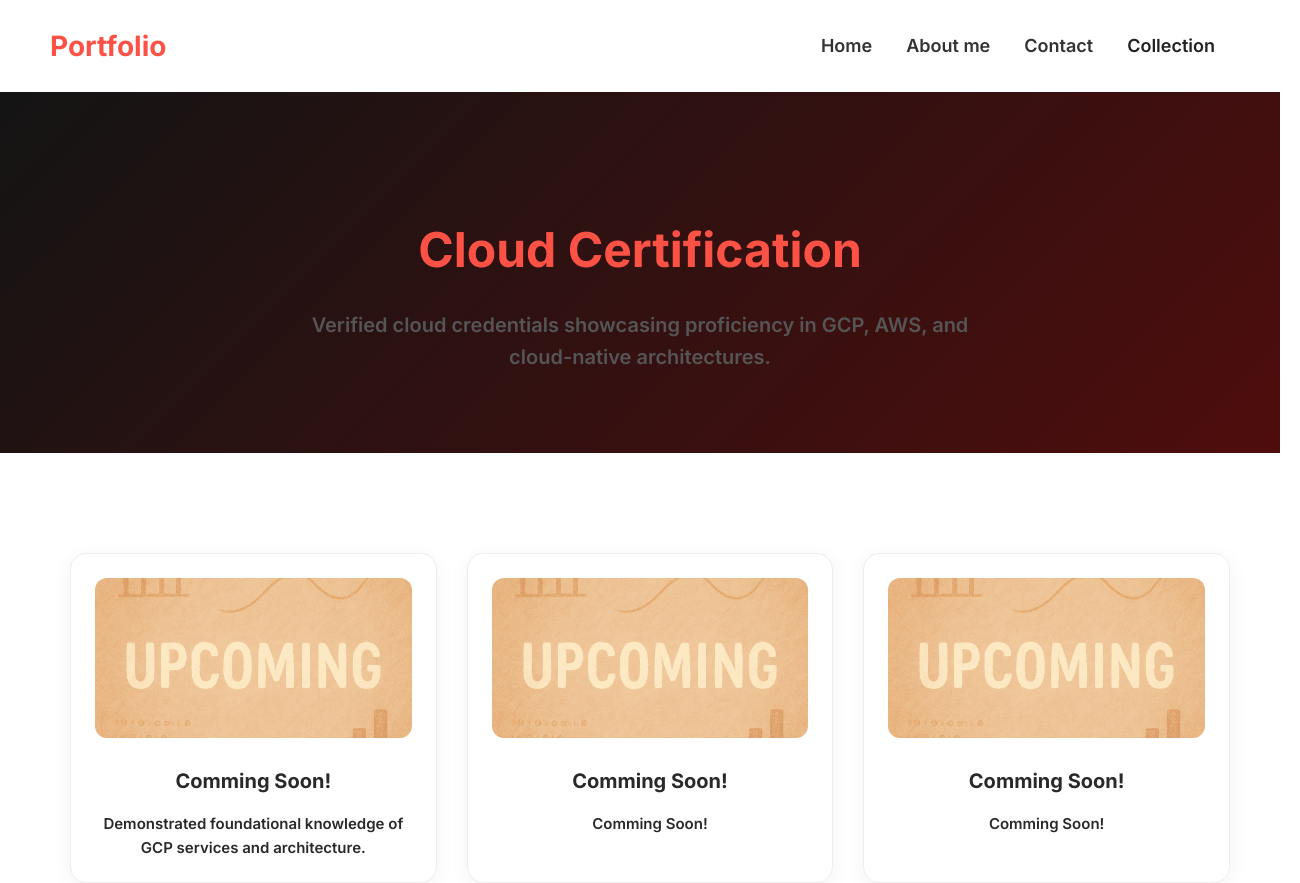
Repository: Wipas1919/Archive-portfolio
Page: projects/cloud-cert.html
These files come from the project's save history. The page is drawn as it stood at one moment and after the next save; the edit follows.
The browser window is 1280 px wide. The page is 1300 px wide, so the pictures cover 1300 px, including what lies to the right of the window. The pictures show the whole page.

Above is the page before, as saved 2025-06-01 21:01:15.

### projects/cloud-cert.html
<!-- Cleaned and updated on 2025-05-25 -->
<!DOCTYPE html>
<html lang="en">
<head>
  <meta charset="UTF-8" />
  <meta name="viewport" content="width=device-width, initial-scale=1.0"/>
  <title>Cloud Certification | Portfolio</title>
  <link href="https://fonts.googleapis.com/css2?family=Inter:wght@600;700&display=swap" rel="stylesheet">
  <link rel="stylesheet" href="../style/main.css">
  <style>
    body { font-family: 'Inter', sans-serif; }
    .cover {
      background: linear-gradient(135deg, #141414, #4f0d0d);
      padding: 80px 20px;
      text-align: center;
    }
    .cover h1 {
      font-size: 48px;
      color: #fc5246;
      margin-bottom: 20px;
    }
    .cover p {
      font-size: 20px;
      color: #555;
      max-width: 700px;
      margin: 0 auto;
    }
    .project-cards h3 {
      text-align: center;
      font-size: 28px;
      margin-top: 60px;
      margin-bottom: 30px;
    }
    .card-grid {
      display: grid;
      grid-template-columns: repeat(auto-fit, minmax(280px, 1fr));
      gap: 30px;
      padding: 0 20px;
    }
    .card {
      display: block;
      background: #fff;
      border-radius: 16px;
      box-shadow: 0 4px 20px rgba(0, 0, 0, 0.05);
      padding: 24px;
      text-align: center;
      transition: transform 0.3s;
      text-decoration: none !important;
      color: inherit !important;
      cursor: pointer;
    }
    .card:hover {
      transform: translateY(-5px);
    }
    .card img {
      width: 100%;
      height: 160px;
      object-fit: cover;
      border-radius: 12px;
      margin-bottom: 16px;
    }
    .card h4 {
      font-size: 20px;
      margin-bottom: 8px;
      color: #222;
    }
    .card p {
      color: #666;
      font-size: 15px;
    }
    .card:visited,
    .card:hover,
    .card:focus,
    .card:active,
    .card *,
    .card *:visited,
    .card *:hover,
    .card *:focus,
    .card *:active {
      color: inherit !important;
      text-decoration: none !important;
    }
    .dropdown-wrapper { position: relative; display: inline-block; }
    .dropbtn {
      font-weight: 600;
      cursor: pointer;
      color: #222;
      text-decoration: none;
      margin-left: 15px;
    }
    .dropdown-content {
      display: none;
      position: absolute;
      top: 100%;
      right: 0;
      background-color: #ffffff;
      min-width: 220px;
      border-radius: 12px;
      box-shadow: 0 10px 25px rgba(0, 0, 0, 0.08);
      overflow: hidden;
      padding: 10px 0;
      z-index: 999;
    }
    .dropdown-wrapper:hover .dropdown-content { display: block; }
    .dropdown-content a {
      display: block;
      padding: 12px 20px;
      color: #222;
      text-decoration: none;
      font-size: 15px;
      transition: background-color 0.2s ease, color 0.2s ease;
    }
    .dropdown-content a:hover {
      background-color: #eaeaea;
      color: #fd3a2d;
    }
  </style>
</head>
<body>
  <div id="page-loader"><div class="spinner"></div></div>

  <header>
    <div class="container">
      <h1 class="logo" style="font-family: 'Inter', sans-serif; font-weight: 700; font-size: 28px; color: #fc5246;">Portfolio</h1>
      <nav class="nav-right">
        <a href="../index.html">Home</a>
        <a href="../index.html#about">About me</a>
        <a href="../index.html#contact">Contact</a>
        <div class="dropdown-wrapper">
          <a href="#" class="dropbtn">Collection</a>
          <div class="dropdown-content">
            <a href="data-engineer.html">Data Engineer</a>
            <a href="business-analysis.html">Business Analysis</a>
            <a href="bi-solutions.html">Business Intelligent</a>
            <a href="strategic-data.html">Data-Driven</a>
            <a href="cloud-cert.html">Certification</a>
            <a href="data-integration.html">Data Product</a>
          </div>
        </div>
      </nav>
    </div>
  </header>

  <!-- Cover -->
  <section class="cover">
    <h1>Cloud Certification</h1>
    <p>Verified cloud credentials showcasing proficiency in GCP, AWS, and cloud-native architectures.</p>
  </section>

  <!-- Project Cards -->
  <section class="project-cards container" id="project-cards">
    <div class="card-grid" id="card-container"></div>
  </section>

  <script>
    const cardsContainer = document.getElementById("card-container");
    const projectId = "cloud-cert";

    fetch("../data/projects.json")
      .then(res => res.json())
      .then(data => {
        const p = data[projectId];
        if (!p || !p.projects?.length) {
          cardsContainer.innerHTML = "<p>No certifications found.</p>";
          return;
        }
        cardsContainer.innerHTML = p.projects.map(proj => `
          <a href="project.html?id=${proj.slug}" class="card">
            <img src="${proj.image}" alt="${proj.title}" />
            <h4>${proj.title}</h4>
            <p>${proj.description}</p>
          </a>
        `).join("");
      })
      .catch(err => {
        cardsContainer.innerHTML = "<p>Error loading data.</p>";
        console.error(err);
      });
  </script>
</body>
</html>

### style/main.css
/* ตั้งค่าพื้นฐาน */
body {
  margin: 0;
  font-family: 'Poppins', sans-serif;
  background: #ffffff;
  color: #292929;
  line-height: 1.6;
  scroll-behavior: smooth;
  user-select: none;
  -webkit-user-select: none;
  -ms-user-select: none;
}

img {
  max-width: 100%;
  height: auto;
  display: block;
}

.container {
  width: 100%;
  max-width: 1200px;
  margin: 0 auto;
  padding: 0 50px; /* เพิ่ม padding ด้านข้าง */
}

@media screen and (max-width: 767px) {
  .container { padding: 0 16px; }
  .hero h2 { font-size: 36px; }
  .hero p { font-size: 18px; }
  .card-grid { grid-template-columns: 1fr; }
  nav a { font-size: 14px; }
  .hero-content { flex-direction: column; }
  .about-image img { width: 100%; }
}

@media screen and (min-width: 768px) and (max-width: 1024px) {
  .hero h2 { font-size: 48px; }
  .card-grid { grid-template-columns: repeat(2, 1fr); }
}

@media screen and (max-width: 480px) {
  h2, .section-title { font-size: 28px; }
  .hero h2 { font-size: 28px; }
  .hero p, .section-description, .about-text p, .card p { font-size: 16px; }
  .btn { padding: 10px 20px; font-size: 16px; }
}

/* Navbar */
header {
  background: #fff;
  padding: 5px 0;
  display: flex;
  justify-content: space-between;
  align-items: center;
  border-bottom: 0px solid #eee;
  position: sticky;
  top: 0;
  z-index: 100;
}

header .container {
  display: flex;
  align-items: center;
  justify-content: space-between;
}

.logo {
  font-family: 'Poppins', serif;
  font-size: 30px;
  color: #fc5246;
}

nav a {
  margin: 0 15px;
  color: #333;
  text-decoration: none;
  font-weight: 600;
  font-size: 18px;
}

nav a:hover {
  color: #fd3a2d;
}

/* ปุ่มหลักของเมนู dropdown */
.dropdown-wrapper {
  position: relative;
  display: inline-block;
}

.dropbtn {
  font-weight: 600;
  cursor: pointer;
  color: #222;
  transition: color 0.3s ease;
}

.dropbtn:hover {
  color: #fd3a2d;
}

/* เมนูที่แสดงเมื่อ hover */
.dropdown-content {
  display: none;
  position: absolute;
  top: 100%;
  right: 0;
  background-color: #ffffff;
  min-width: 220px;
  border-radius: 12px;
  box-shadow: 0 10px 25px rgba(0, 0, 0, 0.08);
  overflow: hidden;
  padding: 10px 0;
  z-index: 999;
}

/* แสดงเมื่อ hover */
.dropdown-wrapper:hover .dropdown-content {
  display: block;
}

/* ลิงก์ใน dropdown */
.dropdown-content a {
  display: block;
  padding: 12px 20px;
  color: #222;
  text-decoration: none;
  font-size: 15px;
  transition: background-color 0.2s ease, color 0.2s ease;
}

/* Hover effect ของลิงก์ */
.dropdown-content a:hover {
  background-color: #eaeaea;
  color: #fd3a2d;
}

.hero-animation {
  margin-top: 10px;
  display: flex;
  justify-content: right;
}

/* Hero Section */
.hero {
  position: relative;
  height: 60vh;
  display: flex;
  align-items: center;
  justify-content: center;
  flex-direction: column;
  text-align: center;
  background: #151515;
  color: #ededed;
}

#hero-background {
  position: absolute;
  top: 0;
  left: 0;
  width: 100%;
  height: 100%;
  z-index: 0;
}

.hero-content {
  position: relative;
  z-index: 1;
  width: 100%;
  max-width: 1200px;
  padding-left: 5vw;
  padding-right: 5vw;
  text-align: left;
  align-items: flex-start;
}

.hero h2 {
  font-size: 60px;
  margin-bottom: 10px;
  line-height: 1.2;
  color: #ffffff;
}

.hero p {
  font-size: 30px;
  margin-bottom: 30px;
  color: #ffffff;
}

.btn, .hero .btn {
  display: inline-block;
  background: #fd3a2d;
  color: #fff;
  padding: 14px 36px;
  border-radius: 30px;
  text-decoration: none;
  font-weight: bold;
  font-size: 18px;
  transition: background 0.3s;
}

.btn:hover, .hero .btn:hover {
  background: #252525;
}

/* Sections */
section {
  padding: 100px 0;
  text-align: center;
}

/* About Section */
.about-grid {
  display: flex;
  align-items: center;
  justify-content: center;
  gap: 50px;
  flex-wrap: wrap;
}

.about-image img {
  width: 500px;
  height: auto;
  object-fit: cover;
  border-top-left-radius: 0;
  border-top-right-radius: 0;
  border-bottom-left-radius: 200px;
  border-bottom-right-radius: 200px;
}

.about-text {
  max-width: 500px;
  text-align: left;
}

.about-text h2 {
  margin-bottom: 20px;
}

.about-text p {
  font-size: 18px;
  color: #666;
}

/* Timeline */
.timeline-item {
  position: relative;
  margin-bottom: 30px;
}

.timeline-dot {
  width: 14px;
  height: 14px;
  background-color: #fd3a2d;
  border-radius: 50%;
  position: absolute;
  left: -8px;
  top: 0;
}

.timeline-content {
  margin-left: 20px;
}

.timeline-content h4 {
  margin: 0;
  font-size: 18px;
  color: #333;
  font-weight: 600;
}

.timeline-content p {
  margin: 5px 0 0;
  font-size: 16px;
  color: #666;
}

/* Projects Section */
#projects {
  margin-bottom: 10px;
}

.card-grid {
  display: grid;
  grid-template-columns: repeat(3, 1fr); /* สำคัญ: 3 คอลัมน์ */
  gap: 20px;
  margin-top: 100px;
}


.card {
  background: #ffffff;
  padding: 30px;
  border-radius: 12px;
  max-height: 280px;
  text-align: center;
  transition: box-shadow 0.3s;
  border: 1px solid #eee;
}

.card:hover {
  box-shadow: 0 8px 20px rgba(0, 0, 0, 0.1);
}

.card-icon img {
  width: 40px;
  height: 40px;
  margin-bottom: 20px;
}

.card h3 {
  font-size: 18px;
  margin-bottom: 15px;
  color: #333;
}

.card p {
  font-size: 16px;
  color: #666;
}

/* Contact Section */
.contact {
  background: rgba(255, 255, 255, 0.5); /* 1 = โปร่งแสง 50% */
  text-align: center;
}

.section-subtitle {
  text-transform: uppercase;
  font-size: 18px;
  letter-spacing: 1.5px;
  color: #4e4e4e;
  margin-bottom: 10px;
}

h2 {
  font-size: 36px;
  color: #292929
}


.section-title {
  font-size: 36px;
  margin-bottom: 10px;
  color: #2e2e2e;
}

.section-description {
  font-size: 18px;
  margin-bottom: 40px;
  color: #4e4e4e;
}

.contact-grid {
  display: grid;
  grid-template-columns: repeat(auto-fit, minmax(280px, 1fr));
  gap: 20px;
  margin-top: 40px;
}

.contact-card.glass {
  background: rgba(255, 255, 255, 0.15);
  backdrop-filter: blur(12px);
  -webkit-backdrop-filter: blur(12px);
  border-radius: 20px;
  padding: 24px;
  border: 1px solid rgba(255, 255, 255, 0.3);
  box-shadow: 0 8px 32px rgba(0, 0, 0, 0.1);
  transition: transform 0.3s ease, box-shadow 0.3s ease;
  text-align: center;
}

.contact-card.glass:hover {
  transform: scale(1.05);
  box-shadow: 0 12px 28px rgba(0, 0, 0, 0.15);
}

.contact-icon {
  display: flex;
  flex-direction: column;
  align-items: center;
  justify-content: center; /* 🔥 เพิ่มบรรทัดนี้เพื่อจัดไอคอนแนวดิ่ง */
  height: 100px; /* ✅ ปรับความสูงให้เหมาะสม */
  margin-bottom: 12px;
}


.contact-icon img {
  width: 48px;
  height: 48px;
  margin-bottom: 12px;
  transition: transform 0.3s ease;
}

.contact-card.glass:hover .contact-icon img {
  transform: scale(1.15);
}

/* Footer */
footer {
  background: #f5f5f5;
  padding: 20px 0;
  font-size: 14px;
  color: #4d4d4d;
}

.footer-container {
  display: flex;
  justify-content: space-between;
  align-items: center;
  flex-wrap: wrap;
}

.social-links {
  display: flex;
  gap: 20px;
}

.social-links a img {
  width: 30px;
  height: 30px;
  transition: transform 0.3s ease;
}

.social-links a img:hover {
  transform: scale(1.2);
}

#hero-background {
  position: absolute;
  top: 0;
  left: 0;
  height: 100%;
  width: 100%;
  z-index: 0;
  overflow: hidden;
}
.hero-content {
  position: relative;
  z-index: 1;
}

/* animation-data */
.hero-content {
  display: flex;
  justify-content: space-between;
  align-items: center;
  flex-wrap: wrap;
  gap: 40px;
}

.hero-text {
  flex: 1 1 55%;
}

.hero-animation {
  flex: 1 1 40%;
  display: flex;
  justify-content: center;
  align-items: center;
}

/* ===== Page Loader & Smooth Scroll ===== */
html{scroll-behavior:smooth;}

#page-loader{
  position:fixed;inset:0;display:grid;place-items:center;
  background:#ffffff;z-index:9999;opacity:1;
  transition:opacity .0.5s ease;
}
#page-loader .spinner{
  width:32px;height:32px;border:4px solid #e5e5e5;
  border-top-color:#ff694b;border-radius:50%;
  animation:spin .8s linear infinite;
}
@keyframes spin{to{transform:rotate(360deg)}}

body.loaded #page-loader{opacity:0;pointer-events:none;}
body.fade-out{opacity:0;transition:opacity .0.5s ease;}

@keyframes hideLoaderFallback{to{opacity:0;pointer-events:none;}}
#page-loader{animation:hideLoaderFallback 0.5s forwards 0.5s;}



/* ====  Reusable Card Component  ================================== */
.card {
  background: #ffffff;
  border: 1px solid #eee;
  border-radius: 12px;
  padding: 24px;
  text-align: center;
  box-shadow: 0 4px 12px rgba(0,0,0,.05);
  transition: transform .3s ease, box-shadow .3s ease;
}
.card:hover {
  transform: translateY(-6px);
  box-shadow: 0 12px 25px rgba(0,0,0,.1);
}

.card__icon{
  display:flex;
  flex-direction:column;
  align-items:center;
  justify-content:center;
  height:100px;
  margin-bottom:12px;
}
.card__icon img{
  width:48px;
  height:48px;
  transition: transform .3s ease;
}
.card:hover .card__icon img{
  transform:scale(1.15);
}

/* Variant – project card (clickable) */
.card--project{cursor:pointer;}

/* Variant – glassmorphism contact card */
.card--glass{
  background: rgba(255,255,255,.15);
  backdrop-filter: blur(12px);
  -webkit-backdrop-filter: blur(12px);
  border: 1px solid rgba(255,255,255,.3);
  box-shadow: 0 8px 32px rgba(0,0,0,.1);
}

/* Grids */

.card-grid--contact{
  display:grid;
  grid-template-columns: repeat(auto-fit,minmax(280px,1fr));
  gap:20px;
  margin-top:40px;
}

/* Remove legacy duplicate styles */
.contact-card, .contact-card.glass, .glass-card{
}/* project */

.project-blog {
  max-width: 800px;
  margin: 80px auto;
  padding: 0 20px;
  font-family: 'Inter', sans-serif;
}

.project-blog h1 {
  font-size: 36px;
  font-weight: 700;
  margin-bottom: 20px;
  text-align: center;
  color: #222;
}

.project-blog .tag {
  display: inline-block;
  background: #eeeeee;
  color: #333;
  padding: 6px 12px;
  margin: 0 8px 20px 0;
  border-radius: 20px;
  font-size: 14px;
}

.project-blog p {
  font-size: 18px;
  color: #444;
  line-height: 1.7;
  margin-bottom: 24px;
}

.project-blog img {
  width: 100%;
  border-radius: 10px;
  margin: 30px 0;
  box-shadow: 0 8px 30px rgba(0,0,0,0.08);
}

/* button */
.back-float-btn {
  position: fixed;
  bottom: 30px;
  left: 50%;
  transform: translateX(-50%);
  background-color: #fc5246;
  color: white;
  padding: 10px 24px;
  font-size: 14px;
  border-radius: 30px;
  box-shadow: 0 4px 16px rgba(0, 0, 0, 0.1);
  cursor: pointer;
  z-index: 9999;
  text-align: center;
  font-family: 'Inter', sans-serif;
  transition: background 0.3s ease;
  width: auto;       /* ปรับให้ขนาดพอดีกับเนื้อหา */
  max-width: 200px;  /* จำกัดไม่ให้ปุ่มกว้างเกินไป */
}

.back-float-btn:hover {
  background-color: #e6483c;
}

@media (max-width: 768px) {
  .back-float-btn {
    padding: 9px 18px;
    font-size: 13px;
    bottom: 20px;
  }
/* ===== FINAL OVERRIDE ===== */
.contact-card a {
  color: inherit !important;
  text-decoration: none !important;
}

.contact-card a:visited {
  color: inherit !important;
  text-decoration: none !important;
}

.contact-card a:hover,
.contact-card a:focus,
.contact-card a:active {
  color: inherit !important;
  text-decoration: none !important;
}

/* ===== Card grid (Projects) enforce 3-column on desktop ===== */
@media (min-width: 1024px){
  .card-grid--projects{
    grid-template-columns: repeat(3, 1fr);
  }
}
/* 2 columns on tablets */
@media (min-width: 640px) and (max-width: 1023px){
  .card-grid--projects{
    grid-template-columns: repeat(2, 1fr);
  }
}
/* 1 column on small screens (default) */
}

/* ===== DESKTOP-ONLY MODE (CSS BLOCK) =====
   Hide entire site below 1024px width and show full-screen notice
--------------------------------------------------------------- */
@media (hover: none) and (pointer: coarse){
  /* Hide all real content */
  body > * { display: none !important; }

  /* Full-screen notice */
  body::before{
    content: "This site is designed for desktop browsers only.\A Please visit on a larger screen.";
    white-space: pre-line;
    position: fixed;
    inset: 0;
    background: #ffffff;
    color: #000000;
    padding: 40px 24px;
    display: flex;
    align-items: center;
    justify-content: center;
    font-family: "Poppins", sans-serif;
    font-size: 18px;
    line-height: 1.4;
    text-align: center;
    z-index: 99999;
  }

  /* Prevent horizontal scroll */
  html, body{ overflow: hidden; }
}

.project-blog strong {
  font-size: 1.4em;   /* 110 % ของขนาดปกติในย่อหน้านั้น */
  font-weight: 800;
}

### data/projects.json
{
  "data-engineer": {
    "projects": [
      {
        "title": "End-to-End Data Engineering Journey",
        "slug": "End-to-End Data Engineering Journey",
        "description": "Full-stack ETL pipeline implementation",
        "image": "/images/data-engineers.jpg"
      },
      {
        "title": "End-to-End Data Infrastructure Planning",
        "slug": "End-to-End Data Infrastructure Planning",
        "description": "Process Design Fundamental",
        "image": "/images/data-foundamatal.jpg"
      },
      {
        "title": "Data Governance",
        "slug": "Data Governance",
        "description": "Designing and implementing a hybrid data governance framework",
        "image": "/images/data-governance.jpg"
      }
    ]
  },
  "business-analysis": {
    "title": "Business Analysis",
    "description": "Transform data into insights for decision-making.",
    "image": "../images/ba.svg",
    "overview": "Analyzed survey and operational data to support marketing strategy.",
    "contributions": [
      "Designed data collection forms",
      "Used SQL & Power BI for analysis",
      "Presented insights to leadership"
    ],
    "tools": [
      "Excel",
      "SQL",
      "Power BI",
      "Survey Analysis"
    ],
    "impact": "Helped increase campaign engagement by 30%",
    "projects": [
      {
        "title": "post-event analysis",
        "slug": "post-event analysis",
        "description": "Built interactive dashboards to monitor sentiment trends.",
        "image": "/images/post-event.png"
      },
      {
        "title": "New insights are cooking",
        "slug": "campaign-performance-analysis",
        "description": "preparing something worth the wait.",
        "image": "/images/upcoming-cover.png"
      },
      {
        "title": "New insights are cooking",
        "slug": "operational-kpi-tracking",
        "description": "preparing something worth the wait.",
        "image": "/images/upcoming-cover.png"
      }
    ]
  },
  "bi-solutions": {
    "title": "Business Intelligent",
    "projects": [
      {
        "title": "Dashboard Routine",
        "description": "Designed Power BI dashboard to visualize sales KPIs across regions.",
        "image": "/images/bi-routine-1.png",
        "slug": "bi-sales-performance"
      },
      {
        "title": "Dashboard Near-real time",
        "description": "Used data visualization to cluster customer segments based on behavior.",
        "image": "/images/bi-routine-2.png",
        "slug": "bi-customer-segmentation"
      },
      {
        "title": "KPI Overview",
        "description": "Built interactive dashboards to summarize high-level KPIs for executives.",
        "image": "/images/bi-routine-3.png",
        "slug": "bi-kpi-overview"
      }
    ]
  },
  "strategic-data": {
    "title": "Data-Driven",
    "projects": [
      {
        "title": "Assistant Speaker Trend Technoligies ",
        "description": "Developed a data-driven framework to analyze campaign performance across channels.",
        "image": "/images/bi-routine-4.jpg",
        "slug": "marketing-insight-framework"
      },
      {
        "title": "Power BI Training",
        "description": "Created visualizations from IoT sensor data to optimize event space usage.",
        "image": "/images/bi-routine-5.jpg",
        "slug": "event-analytics-dashboard"
      },
      {
        "title": "Coming Soon!",
        "description": "Designed end-to-end system for converting analytics into automated decisions.",
        "image": "/images/upcoming-cover.png",
        "slug": "decision-intelligence-system"
      }
    ]
  },
  "data-integration": {
    "title": "Data Product",
    "projects": [
      {
        "title": "Chat AI for web-event",
        "description": "Built backend pipeline to integrate chatbot logs into Datamart for insights.",
        "image": "/images/bi-routine-6.png",
        "slug": "chatbot-analytics-pipeline"
      },
      {
        "title": "Hr Recuddtor Macthing",
        "description": "Created dynamic reporting tool from MySQL and PostgreSQL for internal teams.",
        "image": "/images/upcoming-cover.png",
        "slug": "self-service-report-generator"
      },
      {
        "title": "Comming Soon!",
        "description": "Aggregated customer voice data into a single source for product decisions.",
        "image": "/images/upcoming-cover.png",
        "slug": "customer-feedback-hub"
      }
    ]
  },
  "cloud-cert": {
  "title": "Certification",
  "projects": [
    {
      "title": "Comming Soon!",
      "description": "Demonstrated foundational knowledge of GCP services and architecture.",
      "image": "/images/upcoming-cover.png",
      "slug": "gcp-certification"
    },
    {
      "title": "Comming Soon!",
      "description": "Comming Soon!",
      "image": "/images/upcoming-cover.png",
      "slug": "aws-certification"
    },
    {
      "title": "Comming Soon!",
      "description": "Comming Soon!",
      "image": "/images/upcoming-cover.png",
      "slug": "azure-certification"
    }
  ]
}
}

After the next save:
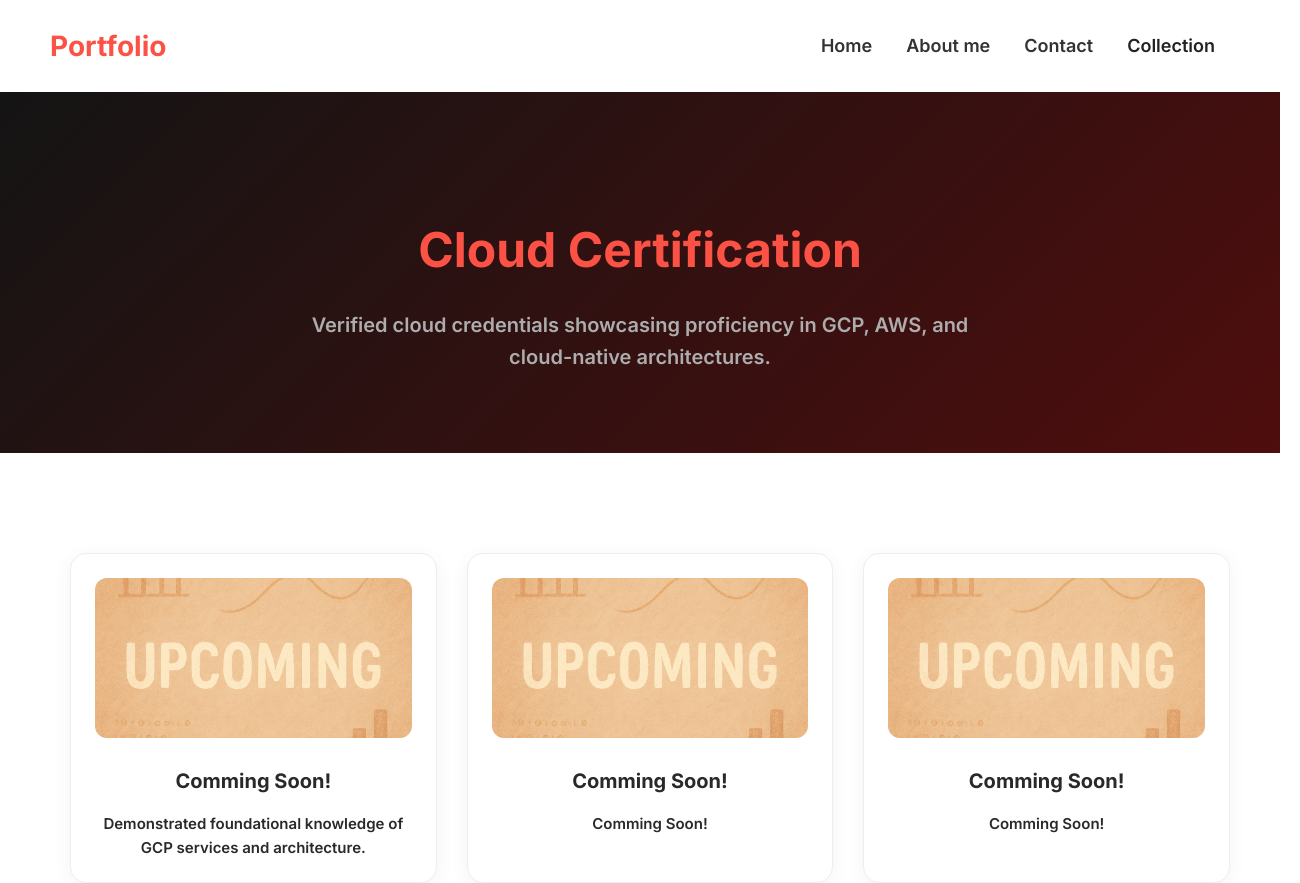
Saved 10 s later.
--- a/projects/cloud-cert.html
+++ b/projects/cloud-cert.html
@@ -21,7 +21,7 @@
     }
     .cover p {
       font-size: 20px;
-      color: #555;
+      color: #adadad;
       max-width: 700px;
       margin: 0 auto;
     }
